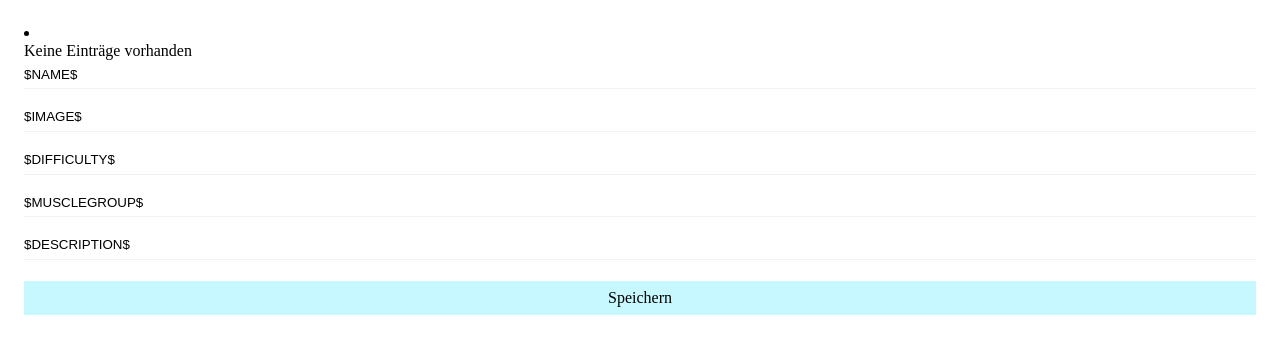
Repository: KIThubber/Fitnesstagebuch
Page: Frontend/src/page-workoutexercises/page-workoutexercises.html
The author's editor kept a copy of each file at every save. The page is drawn from the files as they stood at one save, then again after the next save.
The browser window is 1280 px wide. The pictures show the whole page.

Above is the page before, as saved 2022-05-08 18:08:57.

After the next save:
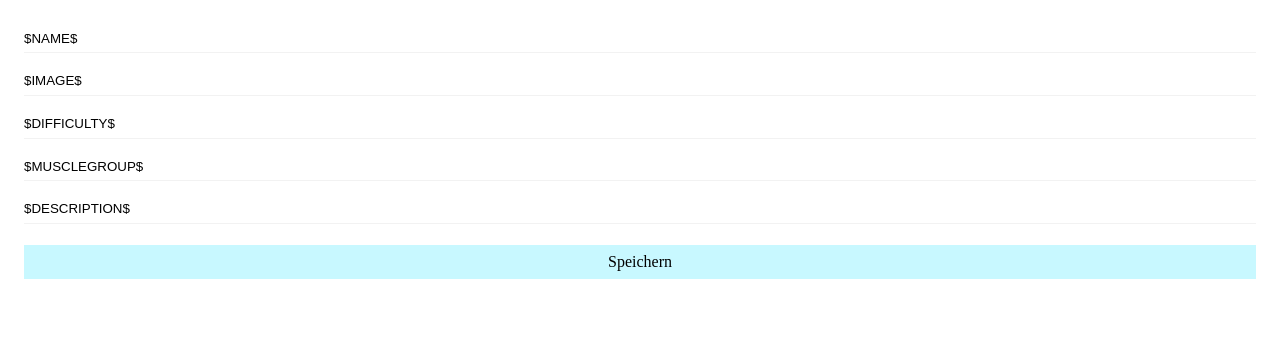
Saved 13 s later.
--- a/Frontend/src/page-workoutexercises/page-workoutexercises.html
+++ b/Frontend/src/page-workoutexercises/page-workoutexercises.html
@@ -48,11 +48,7 @@
 <!-- Inhalt der Seite -->
 <main>
 </ol>
-    <li class="empty-placeholder">
-        <div class="name">
-            Keine Einträge vorhanden
-        </div>
-    </li>
+
 
     <div>
         <div class="form">
